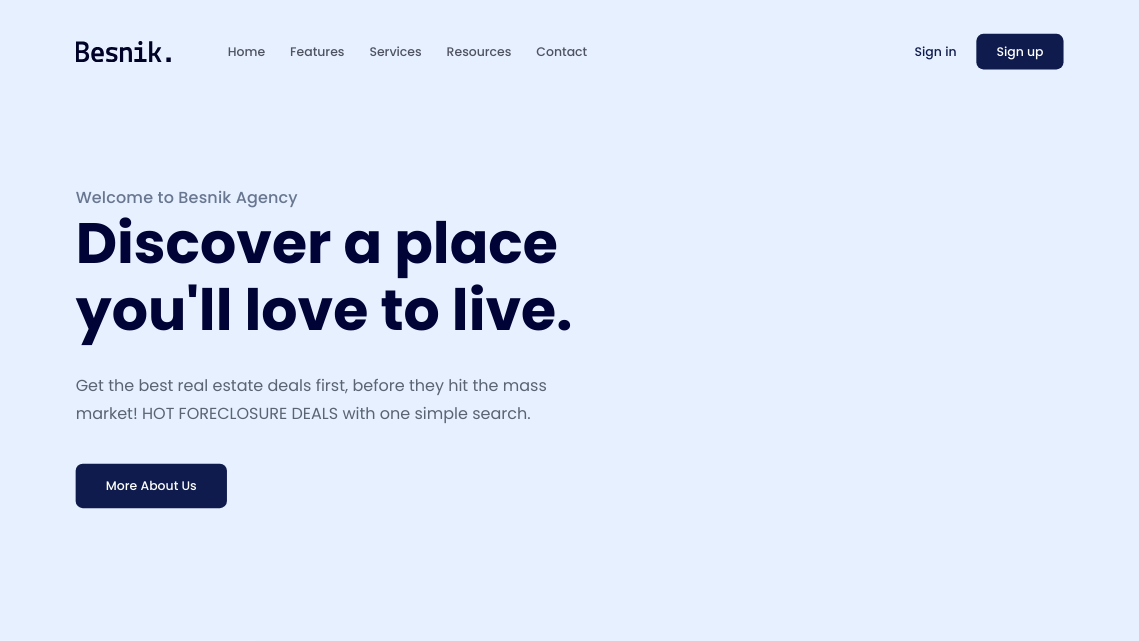
Repository: vancong171001/f8-html-css-01
Page: index.html
The author's editor kept a copy of each file at every save. The page is drawn from the files as they stood at one save, then again after the next save.
The browser window is 1280 px wide. The pictures show the whole page, at 89% of full size.

Above is the page before, as saved 2025-02-18 17:14:43.

After the next save:
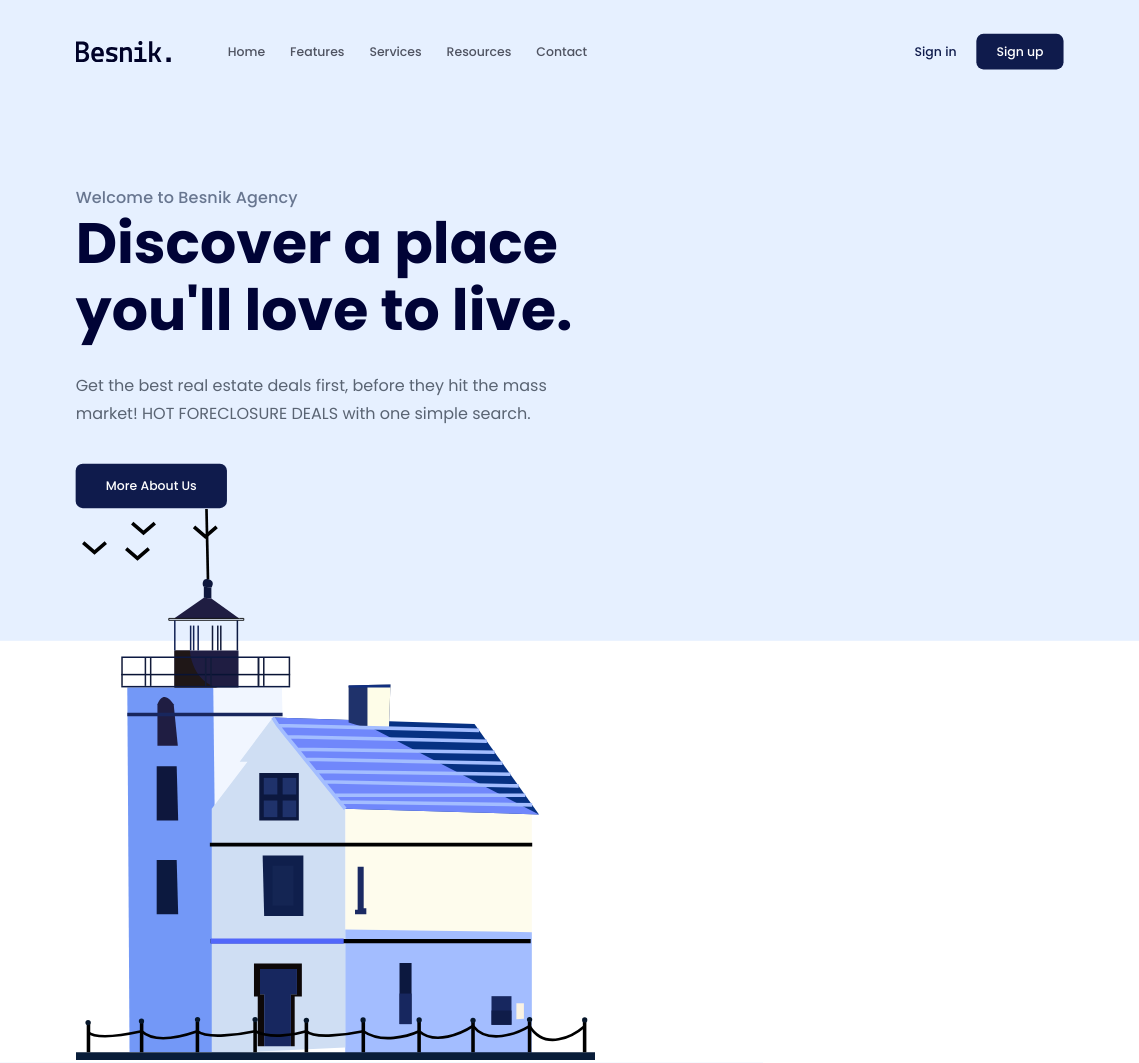
Saved 4 s later.
--- a/index.html
+++ b/index.html
@@ -50,7 +50,7 @@
             <a href="#!" class="btn hero-cta">More About Us</a>
           </div>
 
-          <img src="" alt="" class="hero-img">
+          <img src="./assets/img/hero-img.svg" alt="" class="hero-img">
         </div>
       </div>
     </header>
